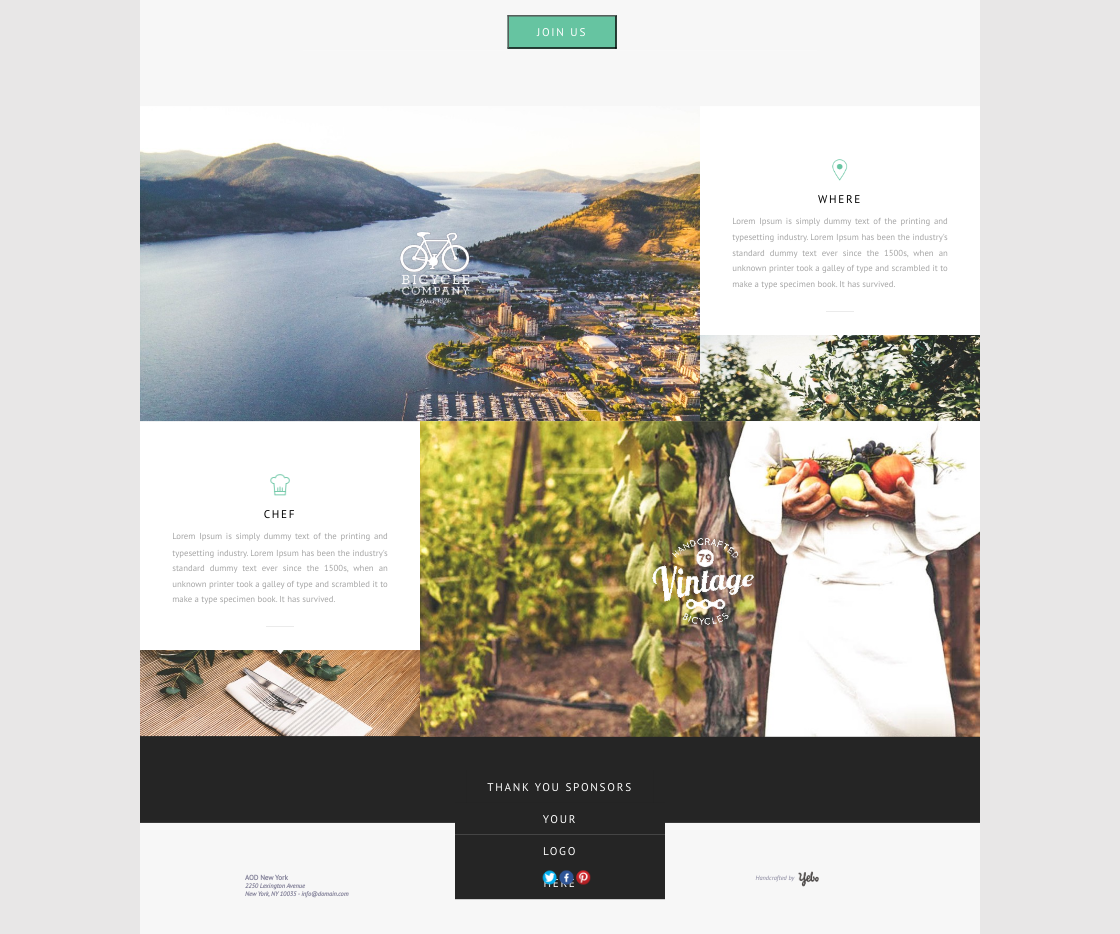
Repository: vancodes/longtable
Page: index.html
The author's editor kept a copy of each file at every save. The page is drawn from the files as they stood at one save, then again after the next save.
The browser window is 1280 px wide. The page is 1600 px wide, so the pictures cover 1600 px, including what lies to the right of the window. The pictures show the part of the page from y = 1022 to 2582 px (the page is 2356 px tall before and 2582 px after), at 70% of full size.

Above is the page before, as saved 2019-04-08 15:58:15.

### index.html
<!DOCTYPE html>
<html>

<head>
  <meta charset="utf-8">
  <link href="index.css" type="text/css" rel="stylesheet">
  <title>Long table</title>
</head>

<body>
  <div class="wrapper">
    <!--Intro Section-->
    <div class="topbar">
      <h1>
      <ul>
        <li><a href="#">About Us</a></li>
    	   <p>.</p>
        <li><a href="#">Info</a></li>
        <li><a href="#"><img src="assets\logo.png" alt="logo"></a></li>
        <li><a href="https://www.gofundme.com/breast-lung-and-melanoma-cancer">Donate</a></li>
    	   <p>.</p>
        <li><a href="#">Contact</a></li>
      </ul>
    </h1>
    </div>
    <div class="hero">
      <img src="assets/cover.jpg" alt="">
    </div>
    <!--Navigation Section-->
    <div class="main" align="center">
      <div class="first">
        <img src="assets\breast-cancer-icon.png" alt="bike chain">
        <h2>Long table dinner fundraiser</h2>
        <h4>When: TBD Kelowna</h4>
        <h4>Where: TBD Summer 2019</h4>
        <p>Join us for an long table diner by Chef x. This dinner raise for Shenah Mochenski to get treatment for cancer and rheumatoid arthritis at the TrueNorth Health Center</p>
        <div class="email-container">
            <button>Join us</button>
          </div>
      </div>
      <!--Image Section-->
      <div class="bike-images">
        <div class="first-container">
          <div class="first-left">
            <div id="bike-logo">
              <img src="assets/bike.png" alt="bike logo">
            </div>
            <div id="logo">
              <img src="assets/bicycle-company-logo.png" alt="company logo">
            </div>
            <div id="vintage-left">
              <img src="assets\bike-1.jpg" alt="bike handle">
            </div>
          </div>
          <div class="first-right">
            <div class="location">
              <img src="assets\location-icon.png" alt="frame icon">
            </div>
            <div id="vintage-text">
              <h3>WHERE</h3>
              <p>Lorem Ipsum is simply dummy text of the printing and typesetting industry. Lorem Ipsum has been the industry's standard dummy text ever since the 1500s, when an unknown printer took a galley of type and scrambled it to make a type specimen
                book. It has survived.</p>
            </div>
            <div class="divider-line"></div>
            <div id="first-vintage-seat">
              <img img src="assets\seat.jpg" alt="bike seat">
            </div>
            <div class="arrow-down"></div>
          </div>
        </div>
        <div class="second-container">
          <div class="second-left">
            <div class="chef">
              <img src="assets\chef-icon.png" alt="chef icon">
            </div>
            <div id="vintage-text">
              <h3>CHEF</h3>
              <p>Lorem Ipsum is simply dummy text of the printing and typesetting industry. Lorem Ipsum has been the industry's standard dummy text ever since the 1500s, when an unknown printer took a galley of type and scrambled it to make a type specimen
                book. It has survived.</p>
            </div>
            <div class="divider-line"></div>
            <div id="second-chef">
              <img src="assets\chef-2.jpg" alt="vintage bike seat">
            </div>
            <div class="arrow-down"></div>
          </div>
          <div class="second-right">
            <div id="vintage-logo">
              <img src="assets\vintage-logo.png" alt="vintage bike logo">
            </div>
            <div id="chef">
              <img src="assets\chef.jpg" alt="chef">
            </div>
          </div>
        </div>
        <!--<div class="retro-container">
          <div class="retro-left">
            <div id="retro-logo">
              <img src="assets/bicycle-logo.png" alt="Since 1962 logo">
            </div>
            <div id="retro-bike">
              <img src="assets\bike-rail.jpg" alt="bike rail">
            </div>
          </div>
          <div class="retro-middle">
            <div class="steering">
              <img src="assets\steering-icon.png" alt="steering icon">
            </div>
            <div id="vintage-text">
              <h3>Retro Bike - M. Hulot</h3>
              <p>Lorem Ipsum is simply dummy text of the printing and typesetting industry. Lorem Ipsum has been the industry's standard dummy text ever since the 1500s, when an unknown printer took a galley of type and scrambled it to make a type specimen
                book. It has survived.</p>
            </div>
            <div class="divider-line"></div>
            <div class="arrow-down"></div>
            <div id="retro-rail">
              <img src="assets\mavic.jpg" alt="vintage bike seat">
            </div>
          </div>
          <div class="retro-right">
            <div id="retro-bike-right">
              <img src="assets\bike-2.jpg" alt="retro bike">
            </div>
          </div>
        </div>
      </div>-->
      <!--Social Section-->
      <!--<div class="main" align="center">
        <div class="last">
          <img src="assets\twitter-icon.png" alt="Twitter icon"><br>
          <span>AOD New York @aod</span>
          <span class="twitter-time"> / 35 min</span >
            <p>Lorem ipsum dolor sit amet, consectetur adipiscing elit. Sed ut tellus ac nulla semper rhoncus. Nullam a odio porttitor, dictum turpis vitae, pretium ante amet.</p>
          </div>
      </div>-->
<!--slider-->
    <!--<div class="slider">
      <span class="dotfirst"></span>
          <span class="dot"></span>
          <span class="dot"></span>
        </div>-->
        <!--Photo Collage-->
        <!--
        <div class="bottom-container">
          <div class="bottom-left">
            <div id="image-one">
              <img src="assets\bottom-image-1.jpg" alt="">
            </div>
            <div id="image-one">
              <img src="assets\bottom-image-2.jpg" alt="">
            </div>
            <div id="brooks-seat">
              <img src="assets\brooks-seat.png" alt="">
            </div>
          </div>
          <div class="bottom-middle">
            <div id="image-three">
              <img src="assets\bottom-image-3.jpg" alt="">
            </div>
            <div id="image-three">
              <img src="assets\bottom-image-4.jpg" alt="">
            </div>
          </div>
          <div class="bottom-right">
            <div id="bottom-bike-logo">
              <img src="assets/bike.png" alt="bike logo">
            </div>
            <div class="bottom-text">
              <p>shop now</p>
            </div>
            <div id="image-five">
              <img src="assets\bottom-image-5.jpg" alt="">
            </div>
            <div id="image-five">
              <img src="assets\bottom-image-6.jpg" alt="">
            </div>
          </div>
        </div> -->
        <div class="discover-container">
          <div class="discover-text">
            <button>Thank You Sponsors</button>
          </div>
          <div class="sponsor-logo">
            <p>YOUR</p>
            <p>LOGO</p>
            <p>HERE</p>
          </div>
      </div>
        </div>
      </div>
      <div class="main" align="center">
        <div class="footer-container">
          <div class="footer-left">
            <span>AOD New York</span>
            <span class="footer-text">
      <p>2250 Lexington Avenue</p>
      <p>New York, NY 10035 - info@domain.com</p>
      </span >
      </div>
      <div class="footer-middle">
        <img src="assets\twitter.png" alt="twitter icon">
        <img src="assets\facebook.png" alt="facebook icon">
        <img src="assets\pinterest.png" alt="pinterest icon">
      </div>
      <div class="footer-right">
        <span class="footer-right-text">
          <p>Handcrafted by</p>
        </span>
            <img src="assets\yebo-logo.png" alt="yebo logo">
          </div>
        </div>
      </div>
      <!--end-->
    </div>
</body>
</html>

### index.css
/* http://meyerweb.com/eric/tools/css/reset/
   v2.0 | 20110126
   License: none (public domain)
*/

html, body, div, span, applet, object, iframe, h1, h2, h3, h4, h5, h6, p, blockquote, pre, a, abbr, acronym, address, big, cite, code, del, dfn, em, img, ins, kbd, q, s, samp, small, strike, strong, sub, sup, tt, var, b, u, i, center, dl, dt, dd, ol, ul, li, fieldset, form, label, legend, table, caption, tbody, tfoot, thead, tr, th, td, article, aside, canvas, details, embed, figure, figcaption, footer, header, hgroup, menu, nav, output, ruby, section, summary, time, mark, audio, video {
  margin: 0;
  padding: 0;
  border: 0;
  font-size: 100%;
  font: inherit;
  vertical-align: baseline;
}

/* HTML5 display-role reset for older browsers */

article, aside, details, figcaption, figure, footer, header, hgroup, menu, nav, section {
  display: block;
}

body {
  line-height: 1;
}

ol, ul {
  list-style: none;
}

blockquote, q {
  quotes: none;
}

blockquote:before, blockquote:after, q:before, q:after {
  content: '';
  content: none;
}

table {
  border-collapse: collapse;
  border-spacing: 0;
}

/*  fonts */

@font-face {
  font-family: PtSansWebBold;
  src: url(font/pt_sans-web-bold.ttf);
}

@font-face {
  font-family: PtSansWebBoldItalic;
  src: url(font/pt_sans-web-bolditalic.ttf);
}

@font-face {
  font-family: PtSansWebItalic;
  src: url(font/pt_sans-web-italic.ttf);
}

@font-face {
  font-family: PtSansWebRegular;
  src: url(font/pt_sans-web-regular.ttf);
}

body {
  font-family: PtSansWebRegular;
}

h1 {
  font-family: PtSansWebBold;
  font-size: 12px;
  text-transform: uppercase;
  letter-spacing: 2px;
}

h2 {
  font-family: PtSansWebBold;
  letter-spacing: 2.5px;
  text-transform: uppercase;
  text-align: center;
  line-height: 2.5em;
}

h3 {
  font-family: PtSansWebBold;
  letter-spacing: 2.5px;
  text-transform: uppercase;
  text-align: center;
  font-size: 12px;
  line-height: 2.5em;
}

h3 {
  font-family: PtSansWebRegular;
  letter-spacing: 2.5px;
  text-transform: uppercase;
  text-align: center;
  line-height: 2.5em;
  font-size: 16px;
}

h4 {
  font-family: PtSansWebRegular;
  font-size: 13px;
  text-transform: uppercase;
  letter-spacing: 2px;
  line-height: 2.1em;
}


p {
  font-family: PtSansWebRegular;
  font-size: 12px;
  color: #838199;
  text-align: center;
  line-height: 1.8em;
}

.bike-images p {
  font-family: PtSansWebRegular;
  font-size: 12.5px;
  color: #a5a5a5;
  text-align: justify;
  line-height: 1.8em;
}

.last span {
  font-family: PtSansWebBold;
  display: inline;
  font-size: 12px;
  text-align: center;
  line-height: 2.8em;
  letter-spacing: 1.5px;
}

.last .twitter-time {
  font-family: PtSansWebRegular;
  font-size: 12px;
  text-align: center;
  letter-spacing: 1.5px;
  color: #b2b1bd;
  padding-left: 6px;
}

.last p {
  font-family: PtSansWebItalic;
  font-size: 14px;
  color: #838199;
  text-align: center;
  line-height: 1.8em;
  padding: 0 55px;
}

.bottom-text p {
  font-family: PtSansWebRegular;
  letter-spacing: 2.5px;
  text-transform: uppercase;
  text-align: center;
  line-height: 2.5em;
  font-size: 12px;
  color: #fff;
}

.saddle-text p {
  font-family: PtSansWebItalic;
  font-size: 16px;
  text-align: center;
  letter-spacing: 0.5px;
  color: #838199;
  padding-left: 6px;
  margin-bottom: 20px;
}

/*  wrapper */

.wrapper {
  padding: 0 200px;
  width: 1200px;
  margin: 0 auto;
  background-color: #e8e7e7;
}

/* intro section */

.hero img {
  width: 100%;
}

.topbar {
  position: absolute;
  padding: 0px 317px;
  margin-top: 23px;
}

.topbar ul {
  width: 590px;
  margin: 0 auto;
}

.topbar li {
  display: inline-block;
  padding: 0 20px;
  float: left;
  position: relative;
  top: 52px;
  transform: translateY(-50%);
}

.topbar li a {
  text-decoration: none;
  color: #4D4B56;
}

.topbar li a img {
  width: 75px;
}

.hero img {
  vertical-align: bottom;
  width: 100%;
  padding-top: 150px;
  background-color: #F7F7F7
}

.topbar li a:hover {
  text-decoration: none;
  color: #ff000069;
}

.topbar p {
  padding: 0 20px;
  float: left;
  position: relative;
  top: 52px;
  transform: translateY(-50%);
  font-family: PtSansWebBold;
}

/* navigation section */

.main {
  background-color: #F7F7F7
}

.first {
  color: #4D4B56;
  padding: 80px 150px 80px 150px;
  max-width: 736px;
}

.first img {
  padding: 0px 46px;
}

/* bike images */

img {
  padding: 0;
  margin: 0;
}

.bike-images {
  background-color: #FFFF;
  position: relative;
}

.first-container {
  vertical-align: bottom;
  display: table;
}

.first-left {
  width: 800px;
  display: table-cell;
  vertical-align: bottom;
}

.first-right {
  display: table-cell;
  vertical-align: bottom;
  width: 400px;
}

#first-vintage-seat img {
  width: 400px;
  height: 123px;
  float: left;
}

#bike-logo img {
  width: 100px;
  position: absolute;
  margin-top: 179px;
  transform: translatex(-29%);
}

#logo img {
  width: 100px;
  position: absolute;
  margin-top: 240px;
  transform: translateX(-26%);
}

#vintage-left img {
  float: left;
  margin: auto;
  width: 800px;
}

.location img {
  width: 30px;
  margin-bottom: 5px;
}

#vintage-text {
  height: 162px;
  margin-bottom: 18px;
  overflow: hidden;
}

#vintage-text p {
  padding: 0px 46px;
}

.divider-line {
  height: 1px;
  background-color: #e2e2e2;
  margin: 0px 180px 33px;
}

.arrow-down {
  width: 0px;
  height: 0px;
  border-left: 5px solid transparent;
  border-right: 5px solid transparent;
  border-top: 6px solid #FFFF;
  position: absolute;
  transform: translateX(1955%);
}

.second-container {
  vertical-align: bottom;
  display: table;
}

#second-chef img {
  width: 400px;
  height: 123px;
  float: left;
  margin-bottom: -1.6px;
}

.second-left {
  width: 333px;
  display: table-cell;
  vertical-align: bottom;
}

.chef img {
  width: 30px;
  margin-bottom: 5px;
}

#chef img {
  float: right;
  width: 800px;
  vertical-align: bottom;
  margin-bottom: -2px;
}

.second-right {
  display: table-cell;
  vertical-align: bottom;
  width: 656px;
}

#vintage-logo img {
  width: 145px;
  position: absolute;
  margin-top: 167px;
  transform: translateX(-47%);
}

.retro-container {
  vertical-align: bottom;
  display: table;
}

.retro-left {
  display: table-cell;
  vertical-align: bottom;
  width: 333px;
}

.retro-middle {
  width: 400px;
  display: table-cell;
  vertical-align: bottom;
}

.retro-right {
  display: table-cell;
  vertical-align: bottom;
  width: 400px;
}

#retro-logo img {
  width: 160px;
  position: absolute;
  margin-top: 197px;
  transform: translateX(-50%);
}

#retro-bike img {
  float: right;
  width: 400px;
  vertical-align: bottom;
}

#retro-bike-right img {
  float: right;
  width: 400px;
  vertical-align: bottom;
}

.steering img {
  height: 30px;
  margin-bottom: 5px;
}

#retro-rail img {
  width: 400px;
  height: 123px;
  vertical-align: bottom;
}

.bottom-container {
  vertical-align: bottom;
  display: table;
  margin-top: 14px;
}

.bottom-left {
  display: table-cell;
  vertical-align: bottom;
  width: 400px;
}

.bottom-middle {
  display: table-cell;
  vertical-align: bottom;
  width: 400px;
}

.bottom-right {
  display: table-cell;
  vertical-align: bottom;
  width: 400px;
}

#image-one img {
  float: left;
  width: 200px;
  vertical-align: bottom;
  max-height: 199px;
}

#brooks-seat img {
  float: left;
  width: 400px;
  vertical-align: bottom;
}

#image-three img {
  float: left;
  width: 200px;
  vertical-align: bottom;
}

#image-five img {
  float: left;
  width: 400px;
  vertical-align: bottom;
  margin-top: -1px;
}

#bottom-bike-logo img {
  width: 50px;
  position: absolute;
  margin-top: 79px;
  transform: translatex(-57%);
}

.bottom-text {
  position: absolute;
  padding: 0px -4px;
  margin-top: 108px;
  width: 400px;
}

/* twitter-last section */

.last {
  padding: 80px 150px 50px 150px;
  max-width: 736px;
}

.last img {
  width: 25px;
  padding-bottom: 15px;
}

.noBorder {
  border: 0;
}

/* slider */

.dotfirst {
  width: 0.50rem;
  height: 0.50rem;
  background-color: #ADB2B6;
  border-radius: 50%;
  display: inline-block;
}

.dot {
  width: 0.40rem;
  height: 0.40rem;
  border-radius: #ADB2B6;
  background-color: #FFF;
  border-radius: 50%;
  border: 1px solid #ADB2B6;
  display: inline-block;
  -moz-border-radius: 50%;
  -webkit-border-radius: 50
}

.slider {
  color: #4D4B56;
  padding: 0px 0px 30px 0px;
  max-width: 736px;
}

/* last section */

.discover-container {
  background-color: #252525;
  height: 75px;
  padding-top: 50px;
}

.discover-text button {
  border: none;
  padding: 3px 30px;
  margin: 0 450px;
  font-family: PtSansWebRegular;
  letter-spacing: 2.5px;
  text-transform: uppercase;
  text-align: center;
  line-height: 2.5em;
  font-size: 16px;
  color: #fff;
  background-color: #252525;
}

.sponsor-logo p{
  border: none;
  padding: 3px 30px;
  margin: 0 450px;
  font-family: PtSansWebRegular;
  letter-spacing: 2.5px;
  text-transform: uppercase;
  text-align: center;
  line-height: 2.5em;
  font-size: 16px;
  color: #fff;
  background-color: #252525;
}

.discover-text button {
  border: none;
  padding: 3px 30px;
  margin: 0 450px;
  font-family: PtSansWebRegular;
  letter-spacing: 2.5px;
  text-transform: uppercase;
  text-align: center;
  line-height: 2.5em;
  font-size: 16px;
  color: #fff;
  background-color: #252525;
}

.email-container {
  background-color: #f7f7f7;
  padding: 25px 150px 50px 0px;
}

.email-container img {
  width: 65px;
  padding: 10px 420px;
}

input {
  border: 1px solid #e8e7e7;
  padding: 5px 30px;
  margin: 3px 255px;
  position: absolute;
  padding: 9px 109px 9px 20px;
  font-family: PtSansWebItalic;
  font-size: 14px;
  color: #e8e7e7;
  text-align: center;
  line-height: 1.8em;
  text-align: left;
}

.email-container button {
  margin: 0px;
  position: absolute;
  background-color: #66c4a1;
  padding: 2px 40px;
  font-family: PtSansWebRegular;
  letter-spacing: 2.5px;
  text-transform: uppercase;
  text-align: center;
  line-height: 2.5em;
  font-size: 16px;
  color: #fff;
}

.email-container button:hover {
  background-color: #fff;
  color: #66c4a1;
  box-shadow: none;
  transform: none;
  transition: 0.1s ease-in-out;
}

.footer-container {
  background-color: #f7f7f7;
  padding: 50px 150px;
  display: table
}

.footer-left {
  display: table-cell;
  width: 400px;
  text-align: left;
}

.footer-left span {
  font-size: 10px;
  color: #838199;
  font-weight: bold;
}

.footer-text p {
  font-family: PtSansWebItalic;
  font-size: 9px;
  color: #838199;
  line-height: 1.4em;
  text-align: left;
}

.footer-middle {
  display: table-cell;
  width: 400px;
  transform: translateX(33%);
  vertical-align: middle;
}

.footer-middle img {
  width: 20px;
}

.footer-right {
  width: 400px;
}

.footer-right-text p {
  font-family: PtSansWebItalic;
  font-size: 9px;
  color: #838199;
  line-height: 1.4em;
  margin-top: 23px;
  width: 60px;
  transform: translateX(95%);
}

.footer-right img {
  width: 30px;
  transform: translateX(300%);
  padding-top: 0px;
  margin-top: -16px;
  position: absolute;
}

After the next save:
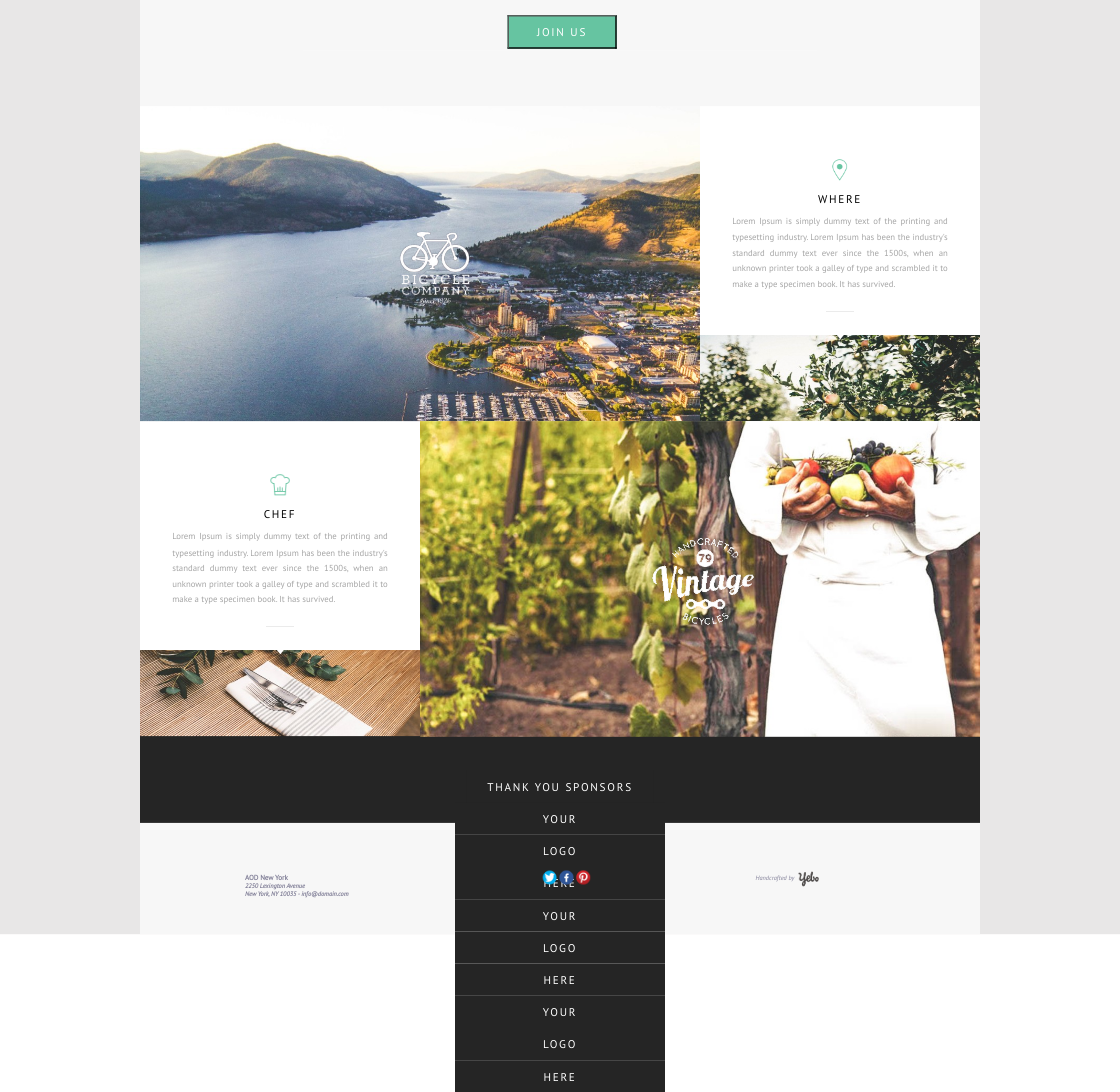
Saved 102 s later.
--- a/index.html
+++ b/index.html
@@ -185,6 +185,16 @@
             <p>LOGO</p>
             <p>HERE</p>
           </div>
+          <div class="sponsor-logo">
+              <p>YOUR</p>
+              <p>LOGO</p>
+              <p>HERE</p>
+            </div>
+          <div class="sponsor-logo">
+                <p>YOUR</p>
+                <p>LOGO</p>
+                <p>HERE</p>
+           </div>
       </div>
         </div>
       </div>
